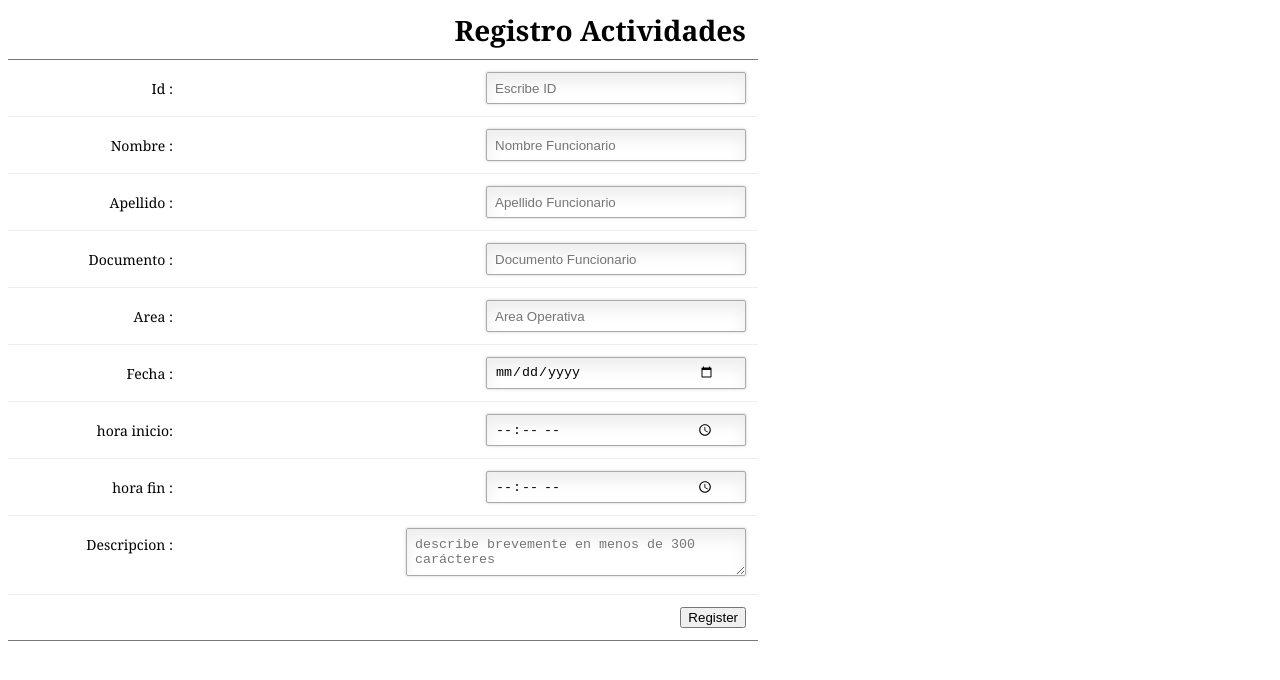
Repository: Yale2024/repo-registro-act
Page: templates/register.html
These files come from the project's save history. The page is drawn as it stood at one moment and after the next save; the edit follows.
The browser window is 1280 px wide. The pictures show the whole page.

Above is the page before, as saved 2024-09-15 08:49:01.

After the next save:
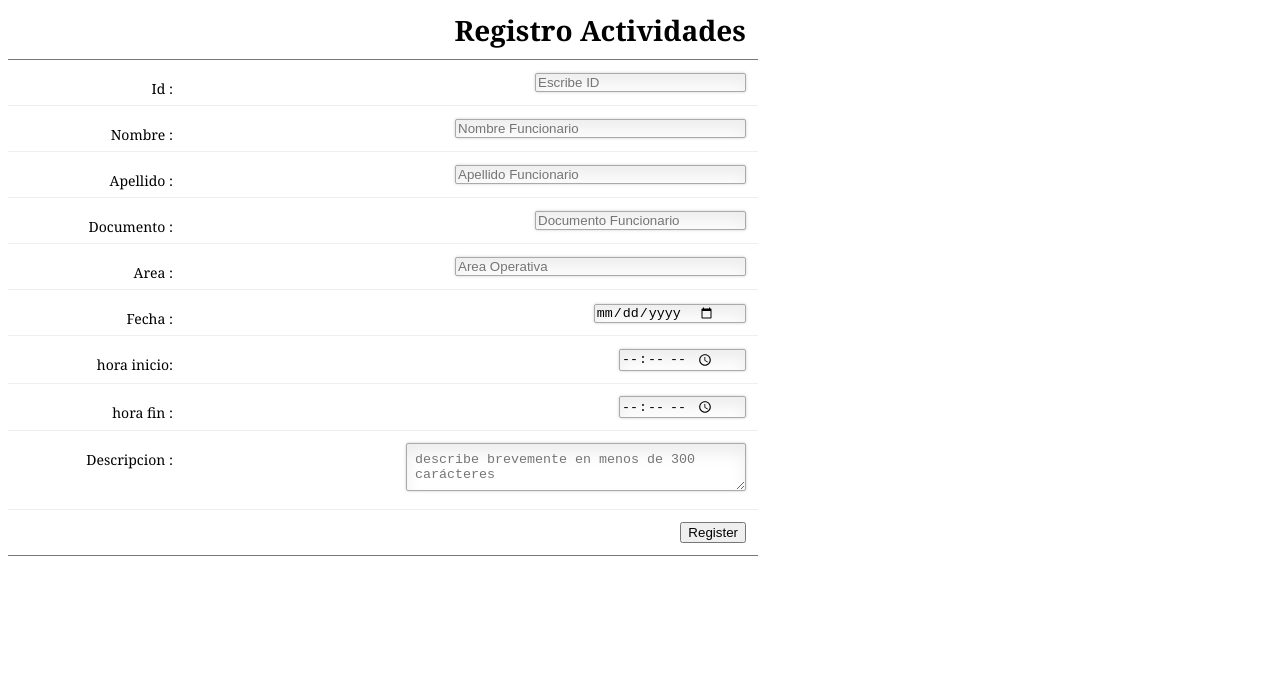
Saved 62 s later.
--- a/static/css/styleRegister.css
+++ b/static/css/styleRegister.css
@@ -72,11 +72,6 @@
     padding: 3px;
 }
 
-.contact_form input {
-    height: 20px;
-    width: 220px;
-    padding: 5px 8px;
-}
 
 .contact_form textarea {
     padding: 8px;
@@ -84,7 +79,7 @@
 }
 
 .contact_form button {
-    margin-left: 500px;
+    margin-left: 156px;
 }
 
 /* form element visual styles */

After the save that followed:
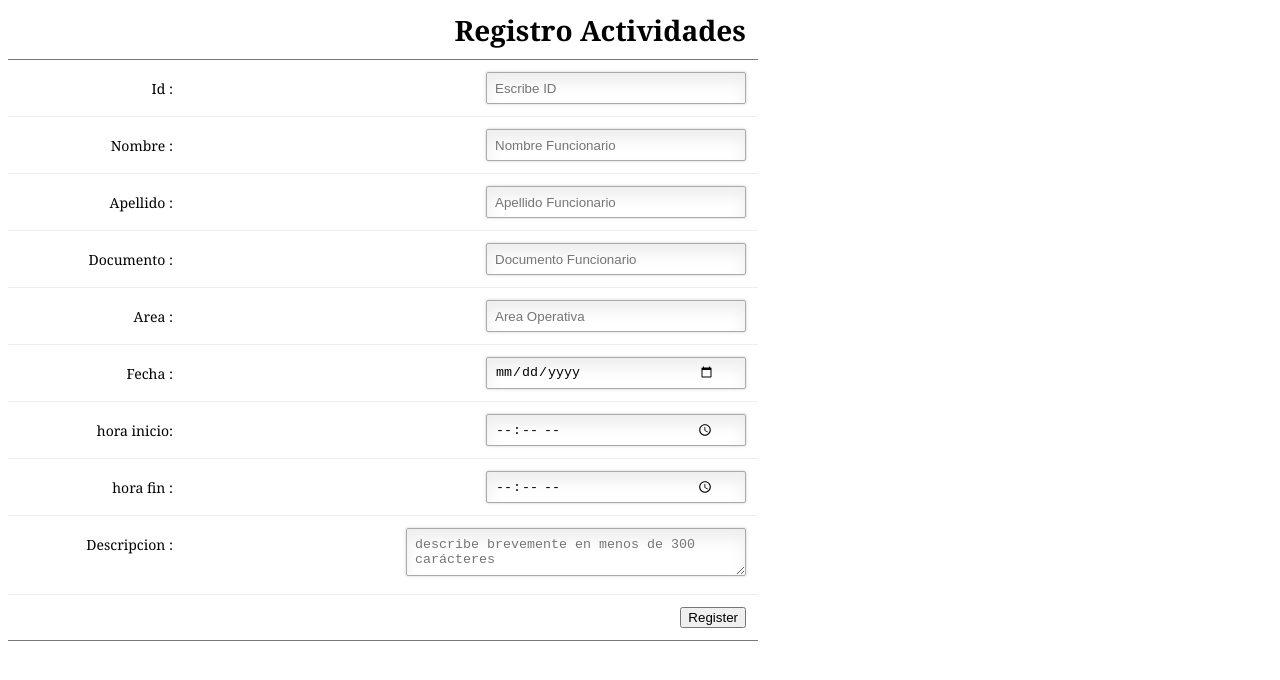
Saved 41 s later.
--- a/static/css/styleRegister.css
+++ b/static/css/styleRegister.css
@@ -72,6 +72,11 @@
     padding: 3px;
 }
 
+.contact_form input {
+    height: 20px;
+    width: 220px;
+    padding: 5px 8px;
+}
 
 .contact_form textarea {
     padding: 8px;
